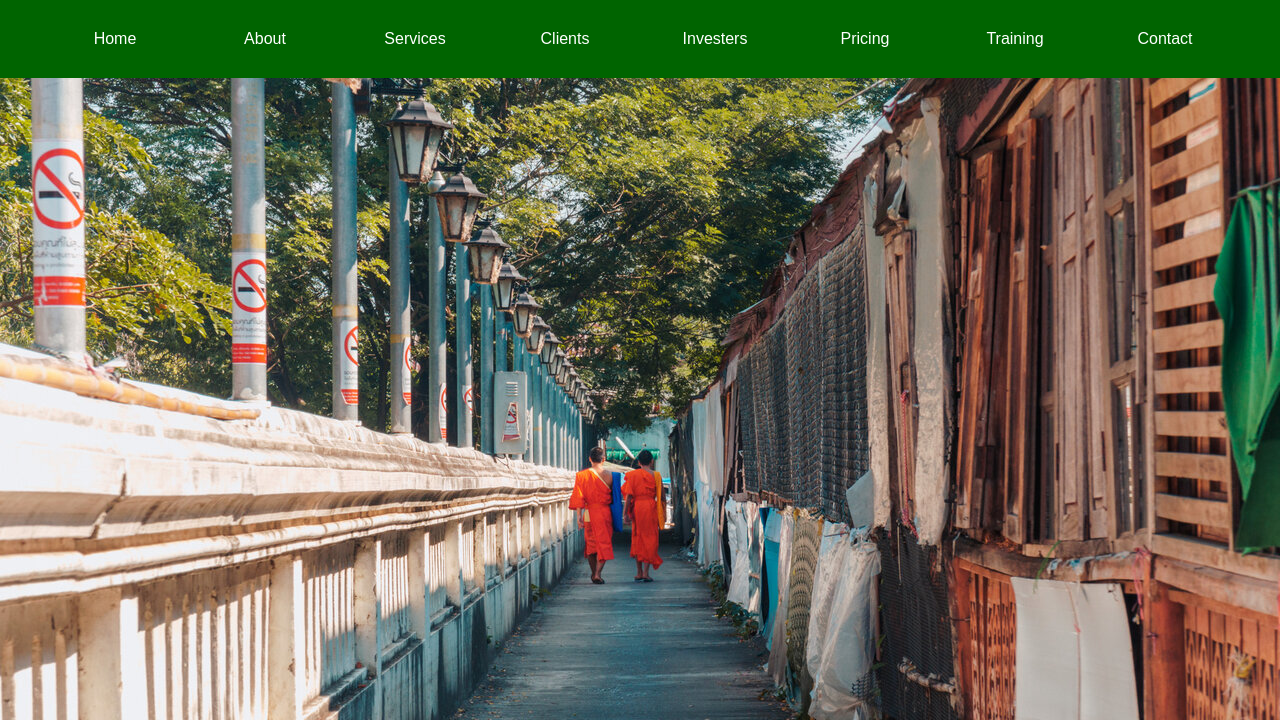
Repository: Alex-Serky/Dossier-Nav
Page: Nav-Nav/index.html
These files come from the project's save history. The page is drawn as it stood at one moment and after the next save; the edit follows.
The browser window is 1280 px wide. The pictures show the whole page.

Above is the page before, as saved 2020-02-21 02:04:05.

### Nav-Nav/index.html
<!DOCTYPE html>
<html lang="en">

<head>
    <meta charset="UTF-8">
    <meta name="viewport" content="width=device-width, initial-scale=1.0">
    <link rel="stylesheet" href="style.css">
    <title>Drop-down Menu design</title>
</head>

<body>
    <div class="menu-bar">
        <ul>
            <li><a href="#">Home</a></li>
            <li><a href="#">About</a></li>
            <li><a href="#">Services</a></li>
            <li><a href="#">Clients</a></li>
            <li><a href="#">Investers</a></li>
            <li><a href="#">Pricing</a></li>
            <li><a href="#">Training</a></li>
            <li><a href="#">Contact</a></li>
        </ul>
    </div>
</body>

</html>

### Nav-Nav/style.css
* {
    padding: 0;
    margin: 0;
    box-sizing: border-box;
}

body {
    background-image: url(background.jpg);
    background-size: cover;
    font-family: sans-serif;
}

.menu-bar {
    background: rgba(0, 100, 0);
    text-align: center;
}

.menu-bar ul {
    display: inline-flex;
    list-style: none;
    color: #fff;
}

.menu-bar ul li {
    width: 120px;
    margin: 15px;
    padding: 15px;
}

.menu-bar ul li a {
    text-decoration: none;
    color: #fff;
}

.active,
.menu-bar ul li:hover {
    background: #2bab0d;
    border-radius: 3px;
}

After the next save:
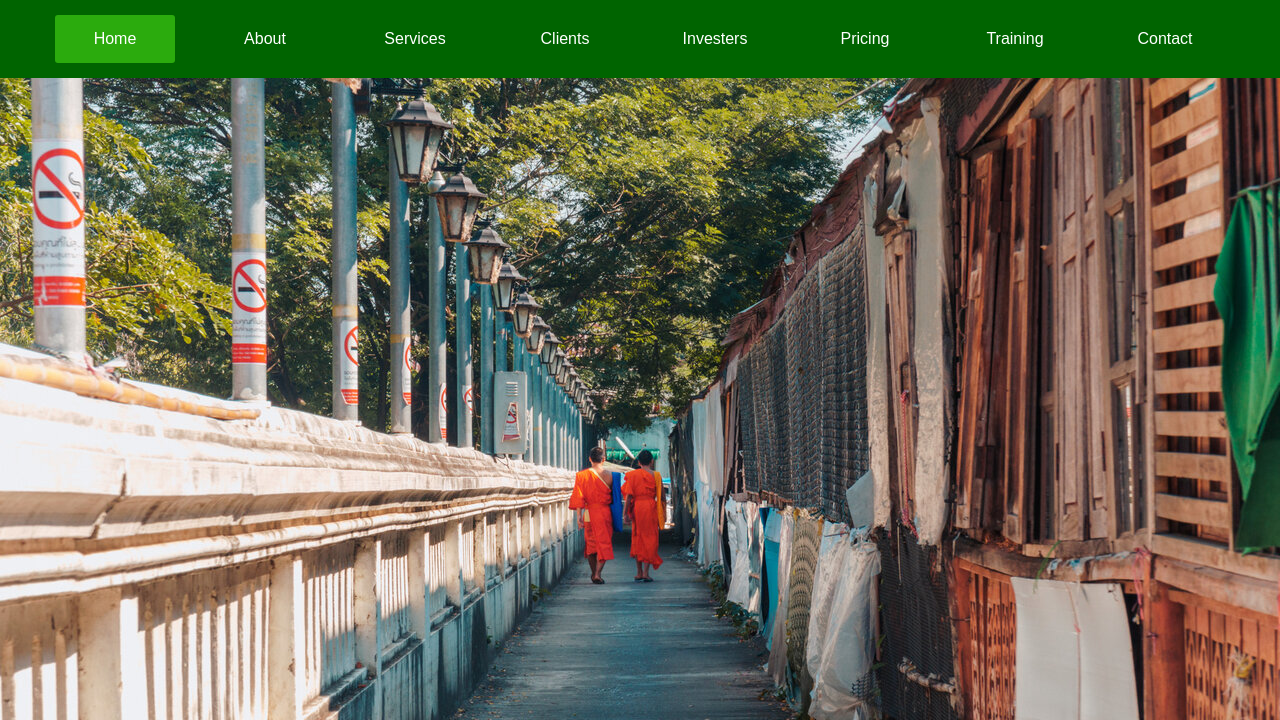
Saved 19 s later.
--- a/Nav-Nav/index.html
+++ b/Nav-Nav/index.html
@@ -11,7 +11,7 @@
 <body>
     <div class="menu-bar">
         <ul>
-            <li><a href="#">Home</a></li>
+            <li class="active"><a href="#">Home</a></li>
             <li><a href="#">About</a></li>
             <li><a href="#">Services</a></li>
             <li><a href="#">Clients</a></li>
